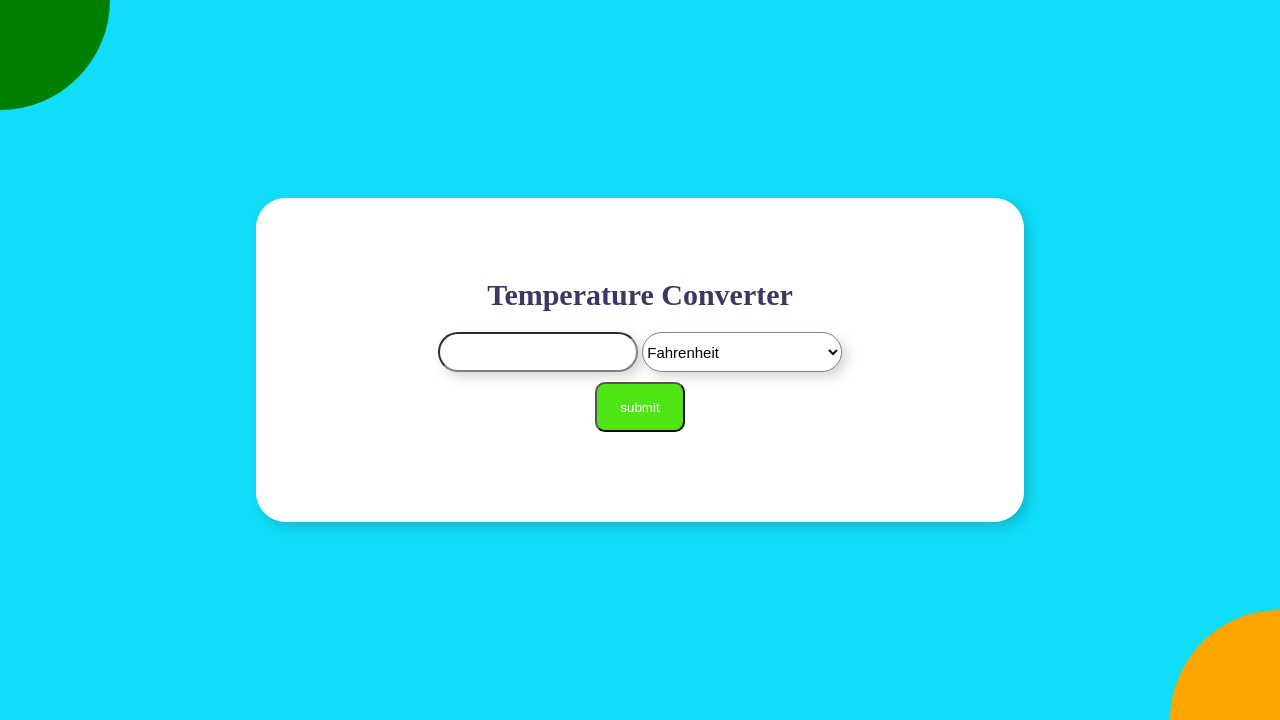
Repository: Mayur2905/OIBSIP
Page: Task-4/index.html
These files come from the project's save history. The page is drawn as it stood at one moment and after the next save; the edit follows.
The browser window is 1280 px wide. The pictures show the whole page.

Above is the page before, as saved 2022-02-03 23:41:14.

After the next save:
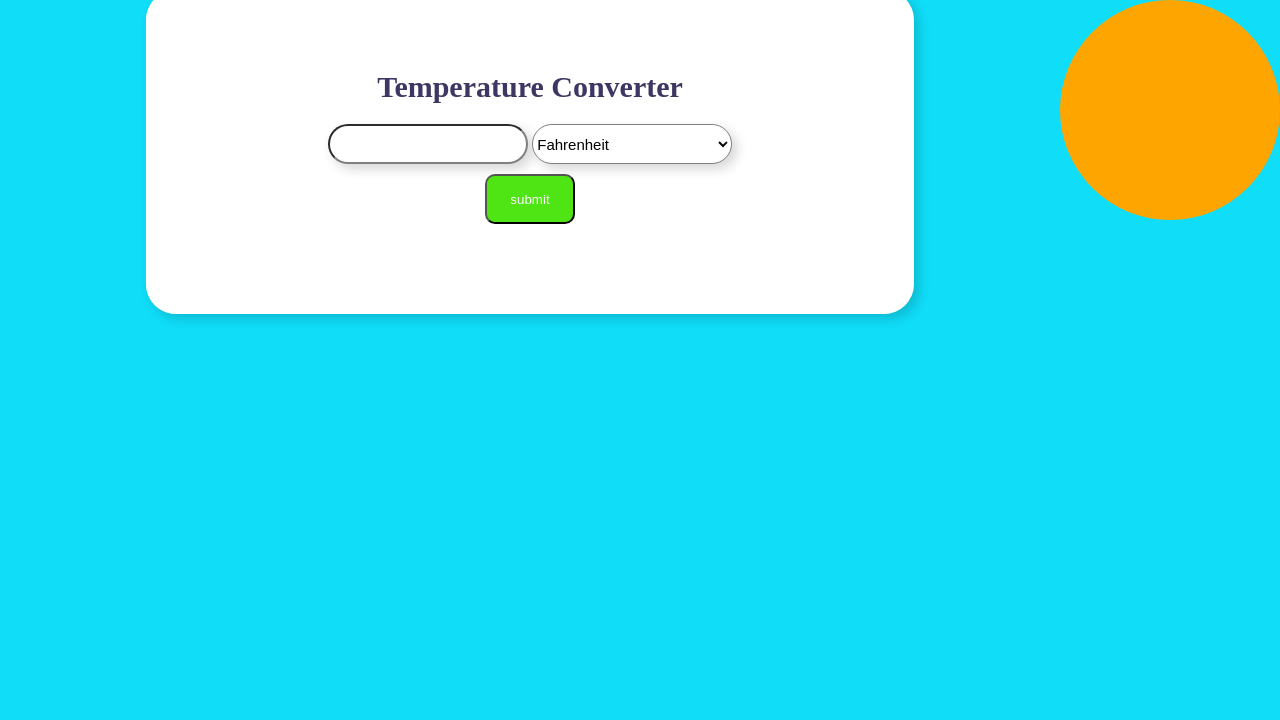
Saved 28 s later.
--- a/Task-4/style.css
+++ b/Task-4/style.css
@@ -102,7 +102,9 @@
   background-color: green;
   top: -75px;
   left: -75px;
-  @media screen and (min-width: 476px) {
+}
+@media screen and (min-width: 476px) {
+  body {
     width: 220px;
     height: 220px;
     top: -110px;

After the save that followed:
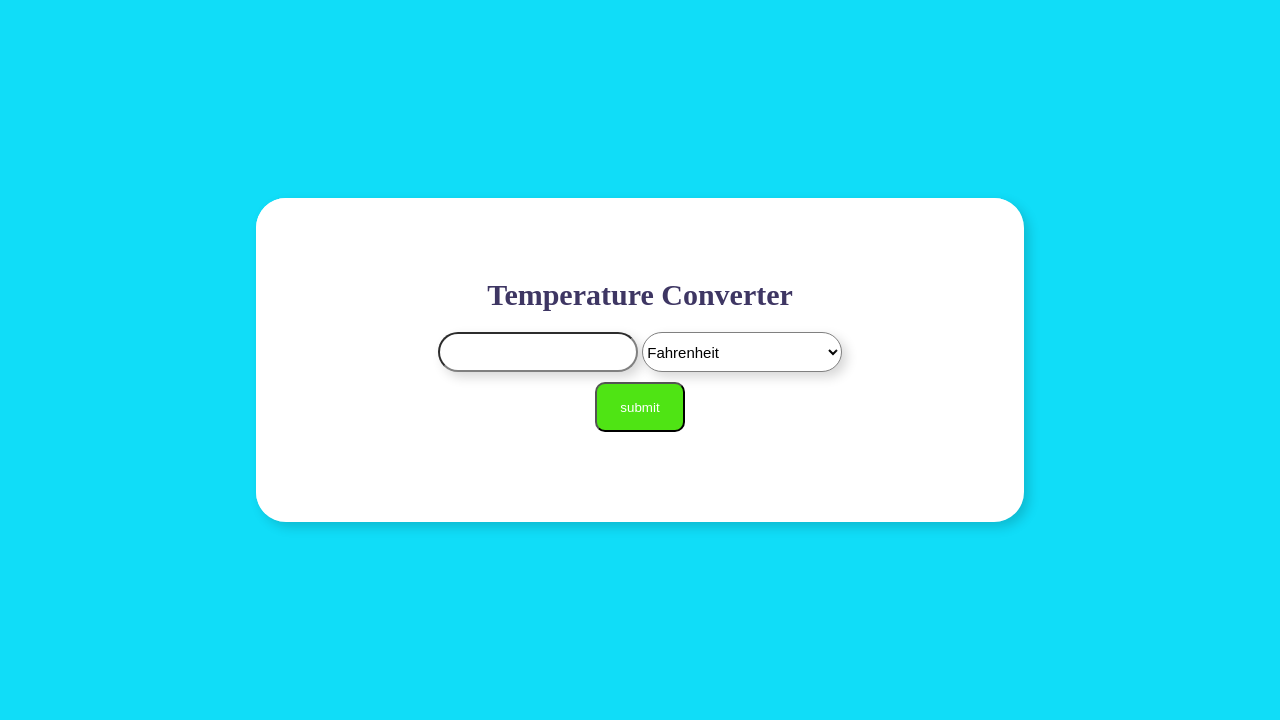
Saved 38 s later.
--- a/Task-4/style.css
+++ b/Task-4/style.css
@@ -68,46 +68,3 @@
   font-size: 15px;
   font-weight: 600;
 }
-body {
-  position: fixed;
-  top: 0;
-  left: 0;
-  right: 0;
-  bottom: 0;
-  min-width: 100%;
-  z-index: -1;
-}
-body:before,
-body:after {
-  content: "";
-  position: absolute;
-  width: 200px;
-  height: 200px;
-  border-radius: 50%;
-}
-
-body:before {
-  background-color: orange;
-  right: -75px;
-  bottom: -75px;
-  @media screen and (min-width: 476px) {
-    width: 220px;
-    height: 220px;
-    right: -110px;
-    bottom: -110px;
-  }
-}
-
-body:after {
-  background-color: green;
-  top: -75px;
-  left: -75px;
-}
-@media screen and (min-width: 476px) {
-  body {
-    width: 220px;
-    height: 220px;
-    top: -110px;
-    left: -110px;
-  }
-}
